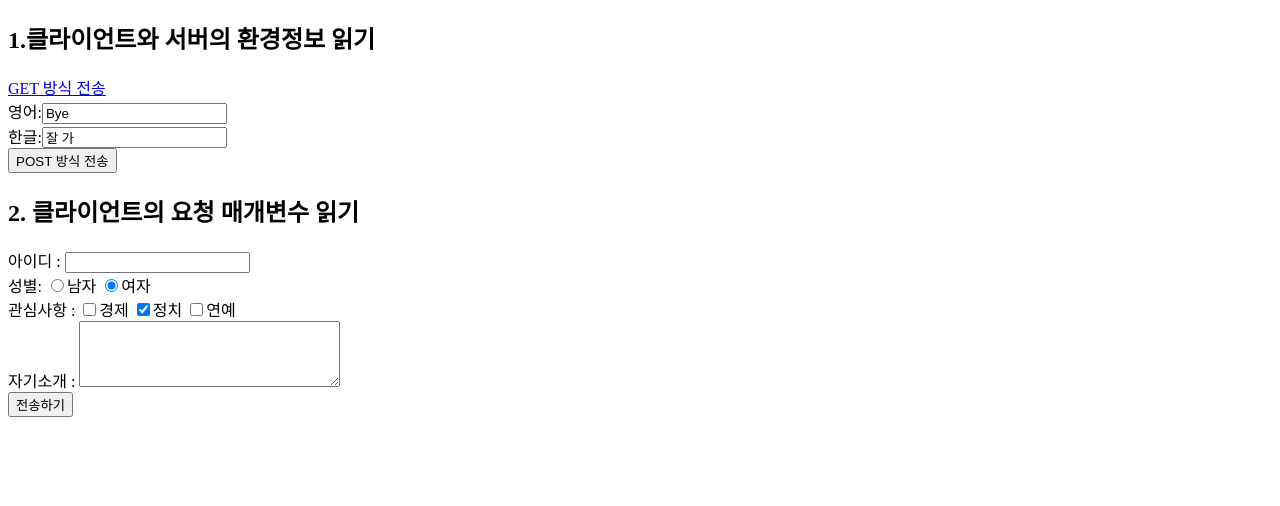
Repository: khs09/JSP_servelet
Page: http://localhost/MustHaveJSP/02ImplicitObject/RequestMain.jsp
An editor plug-in stored every save of this project. The page is shown before and after the next save, followed by the edit.
The browser window is 1280 px wide. The pictures show the whole page.
The page is served by Tomcat 10.

Above is the page before, as saved 2025-05-02 05:58:49.

After the next save:
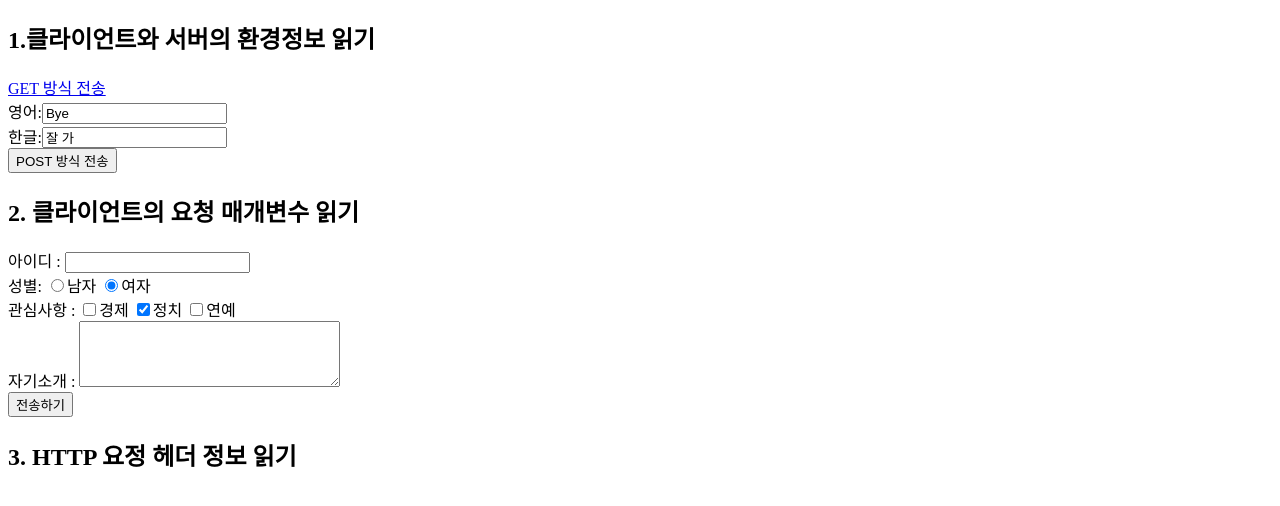
Saved 80 s later.
--- a/MustHaveJSP/src/main/webapp/02ImplicitObject/RequestMain.jsp
+++ b/MustHaveJSP/src/main/webapp/02ImplicitObject/RequestMain.jsp
@@ -34,5 +34,7 @@
 		<br/>
 		<input type= "submit" value="전송하기"/>
 	</form>
-</body>
+
+		<h2>3. HTTP 요정 헤더 정보 읽기</h2>
+</body><A href= "RequstHeader.jsp"
 </html>
